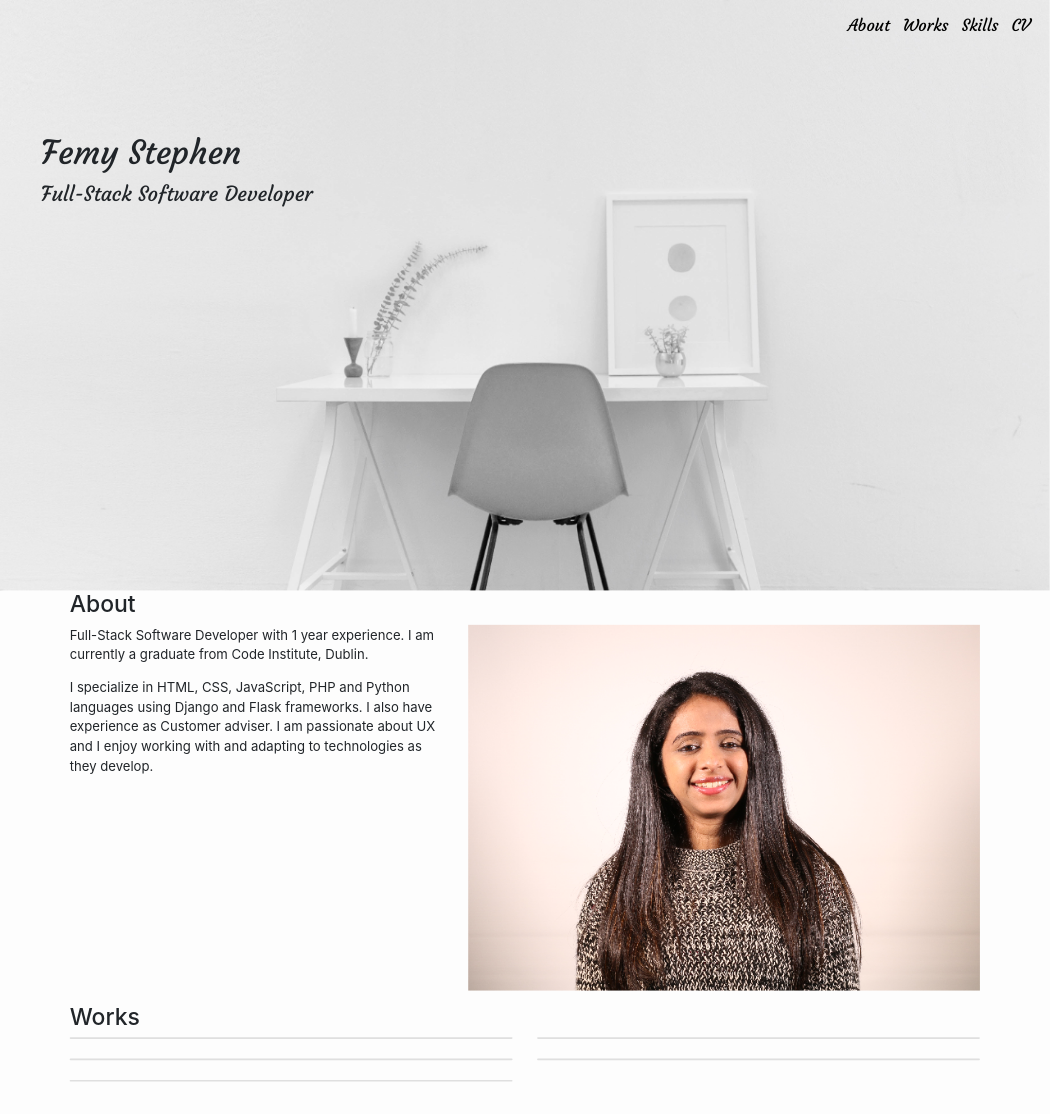
Repository: femy16/FemyStephen
Page: index.html
The author's editor kept a record of every edit. The page is drawn from the files as they stood at one moment, then again after the next edit.
The browser window is 1280 px wide. The pictures show the whole page, at 82% of full size.
Backgrounds fixed to the window are drawn as part of the page. Some web libraries are served in a nearby version.

Above is the page before.
Not found: hover.css

### index.html
<!DOCTYPE html>
<html lang="en">

<head>
    <meta charset="UTF-8">
    <meta name="viewport" content="width=device-width, initial-scale=1.0">
    <meta http-equiv="X-UA-Compatible" content="ie=edge">
    <link href="https://fonts.googleapis.com/css?family=Courgette|Kaushan+Script|Montserrat:300i&display=swap" rel="stylesheet">
    <link rel="stylesheet" href="https://use.fontawesome.com/releases/v5.3.1/css/all.css" integrity="sha384-mzrmE5qonljUremFsqc01SB46JvROS7bZs3IO2EmfFsd15uHvIt+Y8vEf7N7fWAU" crossorigin="anonymous">
    <link rel="stylesheet" href="hover.css" type="text/css" />
    <link rel="stylesheet" href="https://maxcdn.bootstrapcdn.com/bootstrap/4.0.0/css/bootstrap.min.css" integrity="sha384-Gn5384xqQ1aoWXA+058RXPxPg6fy4IWvTNh0E263XmFcJlSAwiGgFAW/dAiS6JXm" crossorigin="anonymous">
    <link rel="stylesheet" href="style.css" type="text/css" />
    <link href="https://fonts.googleapis.com/css?family=Montserrat" rel="stylesheet">
    <title>Femy Stephen</title>
</head>

<body>
    <header id="landing-view">


        <nav class="navbar navbar-expand-md navbar-masthead navbar-default navbar-fixed-top">
            <div class="container topmenu">


                <button class="navbar-toggler" type="button" data-toggle="collapse" data-target="#collapsibleNavbar">
    <span class="fa fa-bars" ></span>
  </button>
            </div>
            <div class="collapse navbar-collapse" id="collapsibleNavbar">
                <ul class="navbar-nav">
                    <li class="nav-item">
                        <a class="nav-link" href="#about">About</a>
                    </li>
                    <li class="nav-item">
                        <a class="nav-link" href="services.html">Works</a>
                    </li>
                    <li class="nav-item">
                        <a class="nav-link" href="products.html">Skills</a>
                    </li>
                    <li class="nav-item">
                        <a class="nav-link" href="contac_us.html">CV</a>
                    </li>
                </ul>
            </div>
        </nav>
        <div class="headercontainer">
            <h1 class="name">Femy Stephen</h1>
            <p class="title">Full-Stack Software Developer</p>

        </div>

    </header>
    <!--<div class="spacer"></div>-->
    <main>
        <div id="about">
            <div class="container">
                <h3 class="abouthead">About</h3>
                <div class="row">
                    <p>
                        <div class="col discri">
                            <p>Full-Stack Software Developer with 1 year experience. I am currently a graduate from Code Institute, Dublin.</p>
                            <p>I specialize in HTML, CSS, JavaScript, PHP and Python languages using Django and Flask frameworks. I also have experience as Customer adviser. I am passionate about UX and I enjoy working with and adapting to technologies as
                                they develop.</p>
                        </div>
                        <div class="col"><img src="images/fmimg.JPG"></div>
                </div>
                </p>
            </div>
        </div>


        <div id="works">
            <div class="container">
                <h3 class="workshead">Works</h3>
                <div class="row">
                    <p>
                        <div class="col workbox">
                            <div class="card">
                                </div><br />
                                <div class="card">
                                </div><br />
                                <div class="card">
                                </div><br />
                        </div>
                        <div class="col">

                            <div class="card">
                                </div><br />
                                <div class="card">
                                </div><br />
                        </div>
                </div>
                </p>
            </div>
        </div>

    </main>

    <footer>

    </footer>



    <script src="https://code.jquery.com/jquery-3.2.1.slim.min.js" integrity="sha384-KJ3o2DKtIkvYIK3UENzmM7KCkRr/rE9/Qpg6aAZGJwFDMVNA/GpGFF93hXpG5KkN" crossorigin="anonymous"></script>
    <script src="https://cdnjs.cloudflare.com/ajax/libs/popper.js/1.12.9/umd/popper.min.js" integrity="sha384-ApNbgh9B+Y1QKtv3Rn7W3mgPxhU9K/ScQsAP7hUibX39j7fakFPskvXusvfa0b4Q" crossorigin="anonymous"></script>
    <script src="https://maxcdn.bootstrapcdn.com/bootstrap/4.0.0/js/bootstrap.min.js" integrity="sha384-JZR6Spejh4U02d8jOt6vLEHfe/JQGiRRSQQxSfFWpi1MquVdAyjUar5+76PVCmYl" crossorigin="anonymous"></script>
</body>

</html>

### style.css
.navbar {
    background-color: transparent;
    text-align:right;

}

.navbar-fixed-top .container {

    text-align: right;
    margin-right: 1%;
    margin-top: 1%;

}
#landing-view {
    background-attachment: fixed;
    background-image: url('images/landing.jpg');
    background-position: bottom;
    background-size: cover;
    height: 100vh;
    width: 100vw;
    margin-bottom: 0px;
    z-index: 1;
}

body{

    background-color: #fdfdfd;
    width: 100%;
}


/*.spacer {*/
/*    width: 100%;*/
/*    height: 170px;*/
/*}*/


.nav-link {
    font-family: 'Courgette', cursive;
    font-size: 20px;
    color: black;
    padding-left: 40px;
    padding-right: 40px;
}

/*.nav-item {*/
/*    display: inline-block;*/
/*    padding: 10px;*/
/*    padding-left: 40px;*/
/*    padding-right: 40px;*/
/*}*/
.headercontainer{
    margin-top:100px;
   padding-left: 50px;
   font-family: 'Courgette', cursive;

}
.title{
    font-size:25px;



}

After the next edit:
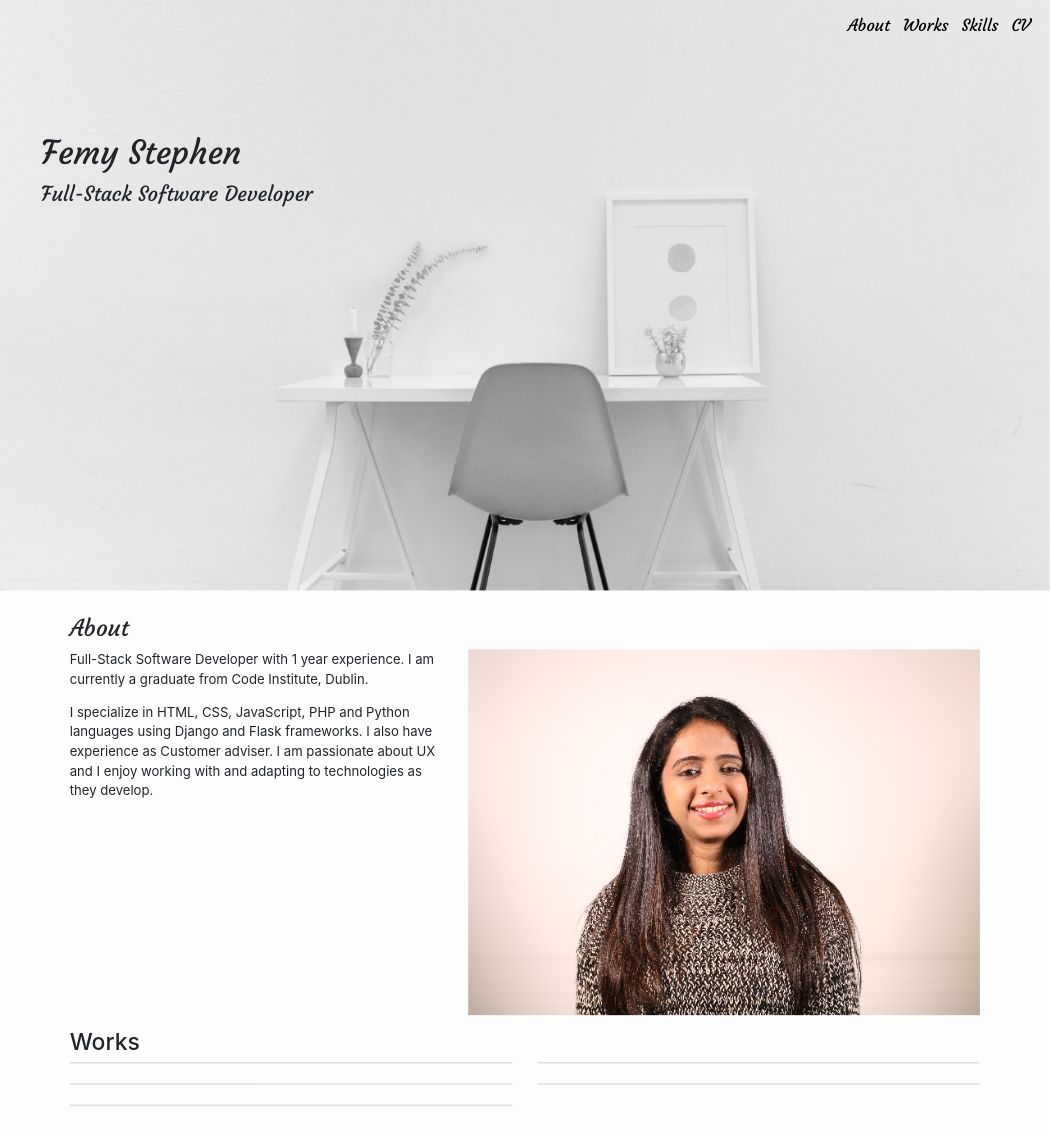
The edit:
--- a/style.css
+++ b/style.css
@@ -58,6 +58,11 @@
 .title{
     font-size:25px;
 
-
-
 }
+.name{
+    font-size:40px;
+}
+.abouthead{
+    margin-top:30px;
+    font-family: 'Courgette', cursive;
+}
